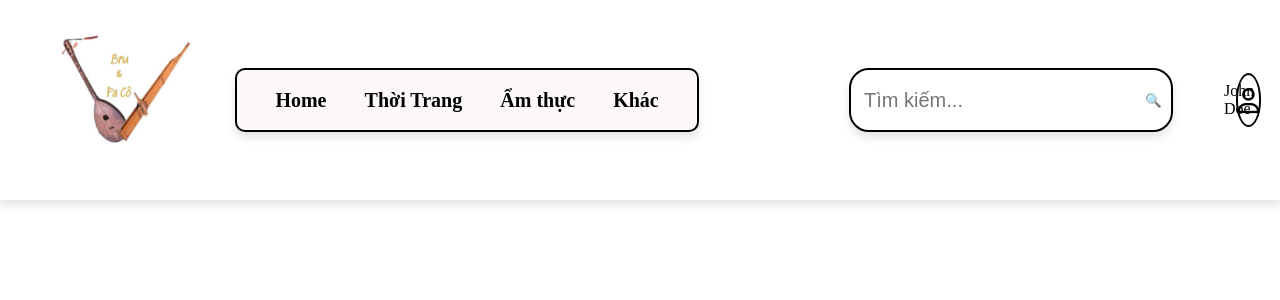
Repository: DangVai/LocalProduct
Page: Views/frontend/header.html
The author's editor kept a copy of each file at every save. The page is drawn from the files as they stood at one save, then again after the next save.
The browser window is 1280 px wide. The pictures show the whole page.

Above is the page before, as saved 2024-12-20 16:53:51.

### Views/frontend/header.html
<!DOCTYPE html>
<html lang="en">

<head>
    <meta charset="UTF-8">
    <meta name="viewport" content="width=device-width, initial-scale=1.0">
    <title>Header Example</title>
    <!-- Thêm link đến Font Awesome -->
    <link rel="stylesheet" href="https://cdnjs.cloudflare.com/ajax/libs/font-awesome/6.0.0-beta3/css/all.min.css">
    <style>
        /* CSS tùy chỉnh */

        .header {
            top: 0;
            left: 0;
            display: flex;
            width: 100%;
            height: 200px;
            align-items: center;
            position: fixed;
            z-index: 4;
            box-shadow: 0 6px 8px rgba(0, 0, 0, 0.1);
            background-color: white;
        }

        .box_logo {
            width: 20%;
            display: flex;
            align-items: center;
        }

        .box_logo img {
            position: absolute;
            top: 10px;
            left: 30px;
            width: 170px;
            height: 160px;
            z-index: 10;
        }

        .nav {
            width: 500px;
            height: 30%;
            display: flex;
            margin-right: 150px;
            justify-content: center;
            align-items: center;
            justify-content: space-evenly;
            border-radius: 10px;
            font-size: 20px;
            color: black;
            border: 2px solid black;
            box-shadow: 0 6px 8px rgba(0, 0, 0, 0.1);
            background-color: rgba(252, 245, 245, 0.667);
        }

        .nav a {
            text-decoration: none;
            color: rgb(1, 1, 1);
            font-weight: bold;
        }

        .nav a:hover {
            font-size: 22px;
        }
        /* Search */

        .searchHome {
            display: flex;
            align-items: center;
            justify-content: center;
            background-color: white;
            border: 2px black solid;
            box-shadow: 0 6px 8px rgba(0, 0, 0, 0.1);
            padding: 10px;
            border-radius: 20px;
            width: 300px;
        }

        .searchInput {
            flex: 1;
            border: none;
            padding: 5px 10px;
            font-size: 20px;
            outline: none;
        }

        .searchButton {
            border: none;
            background-color: white;
            cursor: pointer;
            height: 40px;
            width: 40px;
        }

        .account {
            width: 4%;
            display: flex;
            align-items: center;
            justify-content: center;
        }

        .box-account {
            border: 2px solid rgb(6, 6, 6);
            width: 70px;
            height: 50px;
            display: flex;
            align-items: center;
            justify-content: center;
            border-radius: 50%;
            margin-left: 100px;
        }

        .box-account i {
            font-size: 25px;
            color: black;
            cursor: pointer;
        }

        .dropdown-menu {
            display: none;
            position: absolute;
            background-color: white;
            border: 1px solid #ddd;
            box-shadow: 0px 4px 6px rgba(0, 0, 0, 0.1);
            padding: 10px;
            z-index: 5;
        }

        .name-user:hover .dropdown-menu {
            display: block;
        }

        .dropdown-menu a {
            text-decoration: none;
            color: black;
            display: block;
            padding: 5px 10px;
        }

        .dropdown-menu a:hover {
            background-color: #f0f0f0;
        }
    </style>
</head>

<body>
    <div class="header">
        <!-- Logo -->
        <div class="box_logo">
            <img src="/public/images/logo.jpg" alt="logo">
        </div>

        <!-- Navigation Menu -->
        <div class="nav">
            <a href="?page=home"><b>Home</b></a>
            <a href="?page=fashion"><b>Thời Trang</b></a>
            <a href="?page=food"><b>Ẩm thực</b></a>
            <a href="?page=others"><b>Khác</b></a>
        </div>

        <!-- Search -->
        <div class="searchHome">
            <input type="text" placeholder="Tìm kiếm..." class="searchInput">
            <button class="searchButton">🔍</button>
        </div>

        <!-- User Account -->
        <div class="account">
            <div class="box-account">
                <i class="fa-regular fa-user"></i>
            </div>
        </div>

        <!-- User Name and Dropdown Menu -->
        <div class="name-user">
            <p>John Doe</p>
            <div class="dropdown-menu" id="account-menu">
                <a href="#"><i class="fas fa-user fa-sm"></i> Profile</a>
                <a href="#"><i class="fas fa-cogs fa-sm"></i> Settings</a>
                <a href="#"><i class="fas fa-sign-in-alt fa-sm"></i> Log in</a>
                <a href="#"><i class="fas fa-sign-out-alt fa-sm"></i> Log out</a>
            </div>
        </div>
    </div>
</body>

</html>

After the next save:
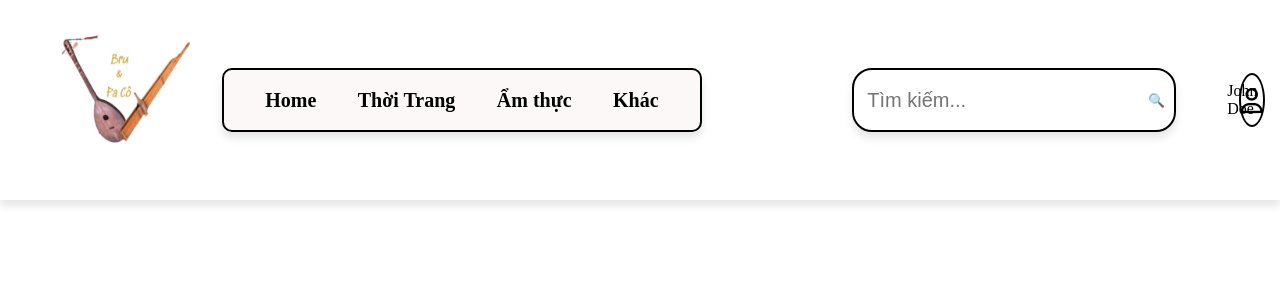
Saved 26 s later.
--- a/Views/frontend/header.html
+++ b/Views/frontend/header.html
@@ -39,7 +39,7 @@
         }
 
         .nav {
-            width: 500px;
+            width: 550px;
             height: 30%;
             display: flex;
             margin-right: 150px;
